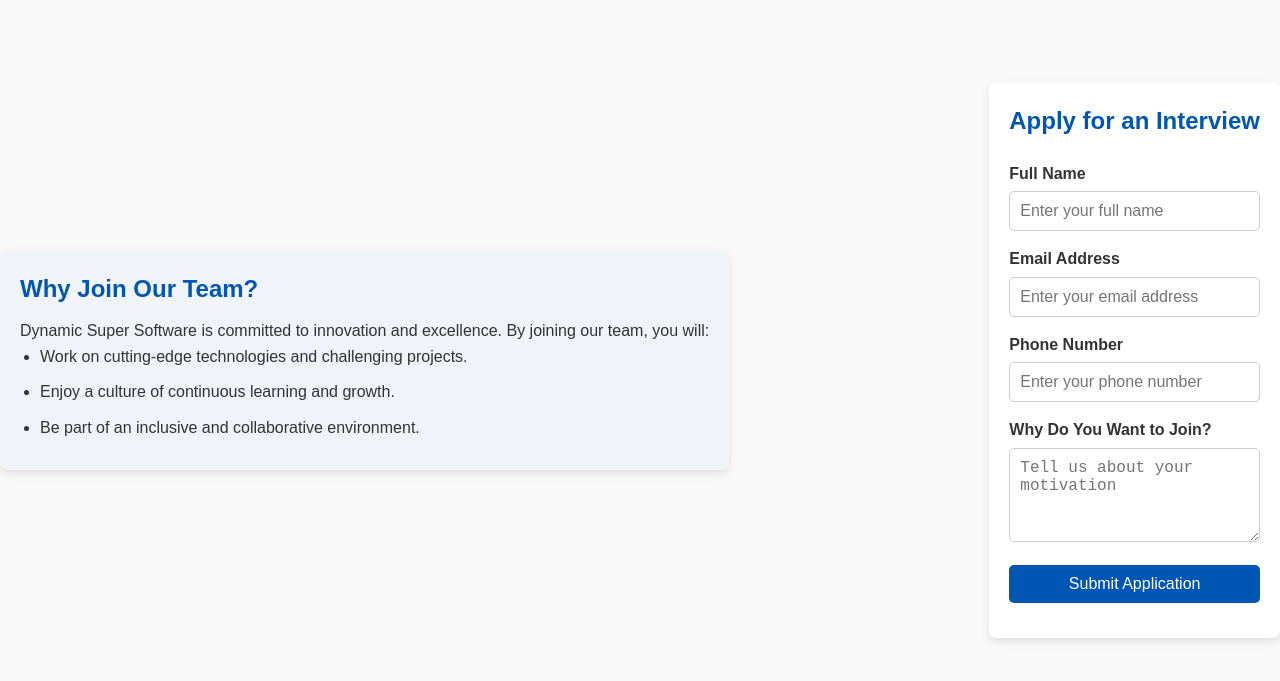
Repository: abhibkop27/CIMDR
Page: src/sample.html
The author's editor kept a copy of each file at every save. The page is drawn from the files as they stood at one save, then again after the next save.
The browser window is 1280 px wide. The pictures show the whole page.

Above is the page before, as saved 2025-01-20 15:59:14.

After the next save:
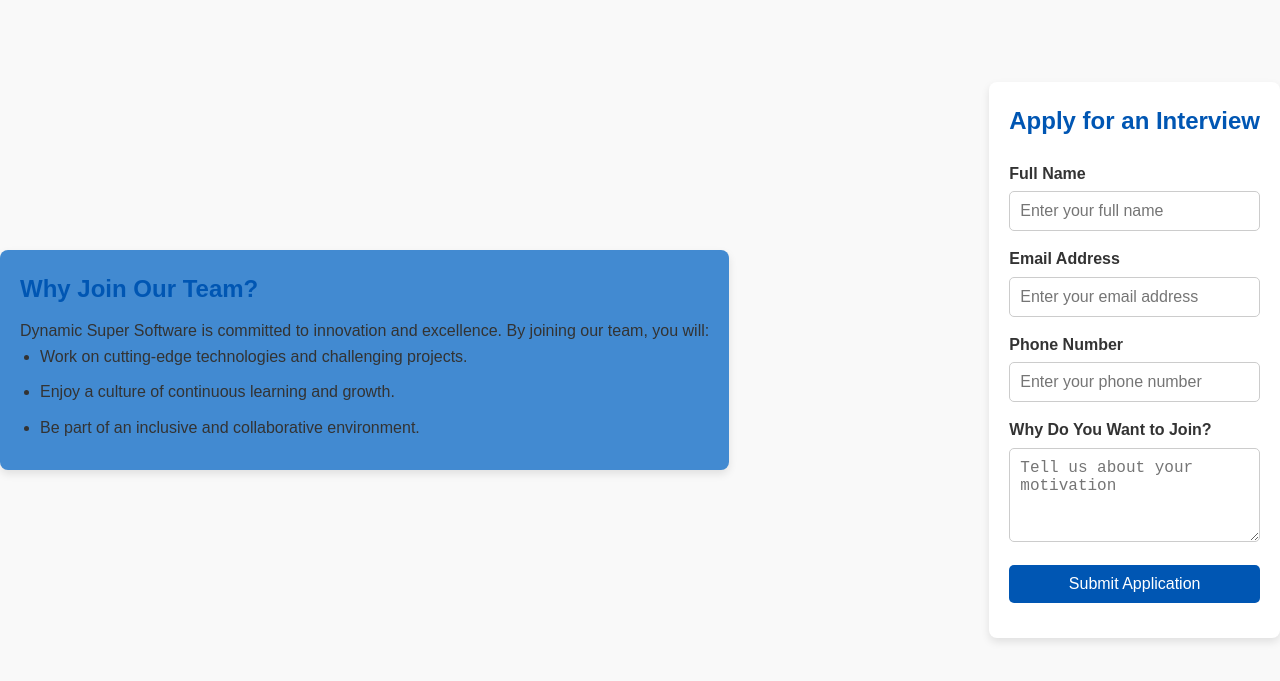
Saved 21 s later.
--- a/src/sample.html
+++ b/src/sample.html
@@ -35,7 +35,7 @@
             padding: 20px;
         }
         .info-section {
-            background: #f0f4f8;
+            background: #428ad1;
         }
         .info-section h2 {
             color: #0056b3;
